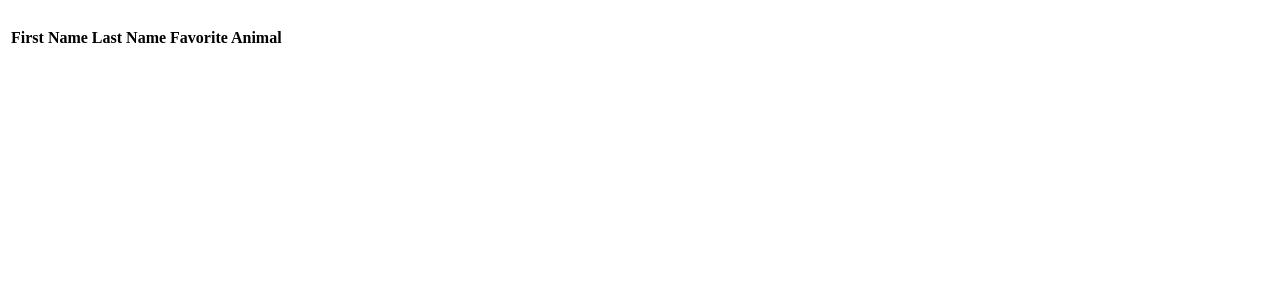
Repository: Bsharpenski/mini-movi-list
Page: html-excercise/favorites.html
These files come from the project's save history. The page is drawn as it stood at one moment and after the next save; the edit follows.
The browser window is 1280 px wide. The pictures show the whole page.

Above is the page before, as saved 2025-01-28 19:50:34.

### html-excercise/favorites.html
<!DOCTYPE html>
<html>
    <header>
        <title>

        </title>
    </header>
    <body>
        <table>
            <thead>
                <tr>
                    <th scope="col">First Name</th>
                    <br>
                    <th scope="col">Last Name</th>
                    <th scope="col">Favorite Animal</th>
                </tr>
            </thead>
        </table>
    </body>
</html>

After the next save:
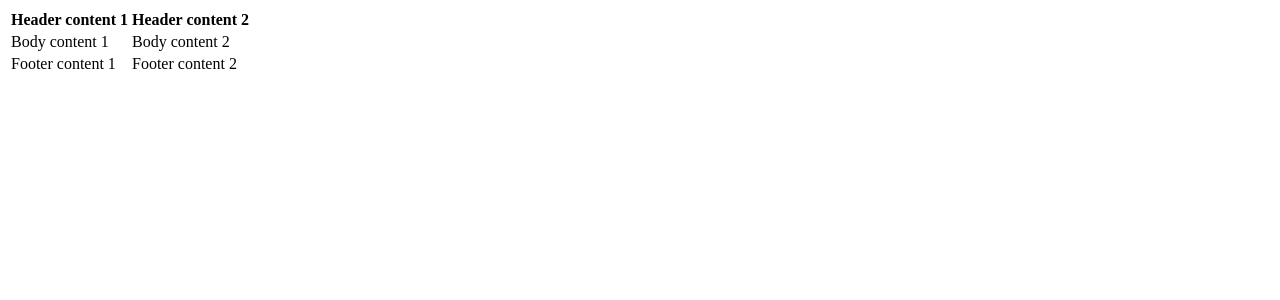
Saved 16 min 21 s later.
--- a/html-excercise/favorites.html
+++ b/html-excercise/favorites.html
@@ -1,20 +1,29 @@
 <!DOCTYPE html>
-<html>
-    <header>
-        <title>
-
-        </title>
-    </header>
+<html lang="en">
+    <head>
+        <meta charset="utf-8">
+        <title>My First Page</title>
+    </head>
     <body>
         <table>
             <thead>
-                <tr>
-                    <th scope="col">First Name</th>
-                    <br>
-                    <th scope="col">Last Name</th>
-                    <th scope="col">Favorite Animal</th>
-                </tr>
+              <tr>
+                <th>Header content 1</th>
+                <th>Header content 2</th>
+              </tr>
             </thead>
-        </table>
+            <tbody>
+              <tr>
+                <td>Body content 1</td>
+                <td>Body content 2</td>
+              </tr>
+            </tbody>
+            <tfoot>
+              <tr>
+                <td>Footer content 1</td>
+                <td>Footer content 2</td>
+              </tr>
+            </tfoot>
+          </table>
     </body>
 </html>
